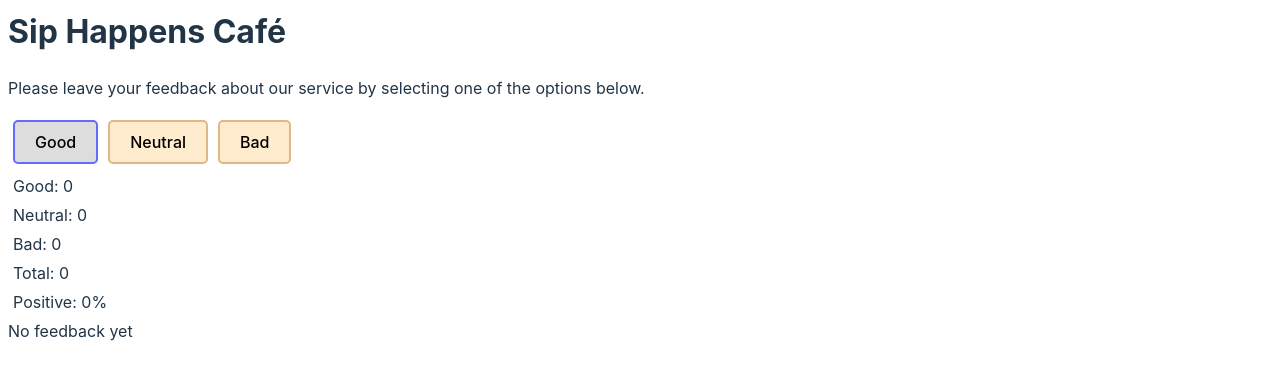
Repository: Evgeniya-Tishakova/goit-react-hw-02
Page: /
These files come from the project's save history. The page is drawn as it stood at one moment and after the next save; the edit follows.
The browser window is 1280 px wide. The pictures show the whole page.
The pointer rests on the first visible `button`.
The project was rebuilt for these pictures with package versions that can differ from the ones it lists, and the page was loaded fresh each time. Also part of the build but not shown: vite.config.js.

Above is the page before, as saved 2025-02-28 16:31:29.

After the next save:
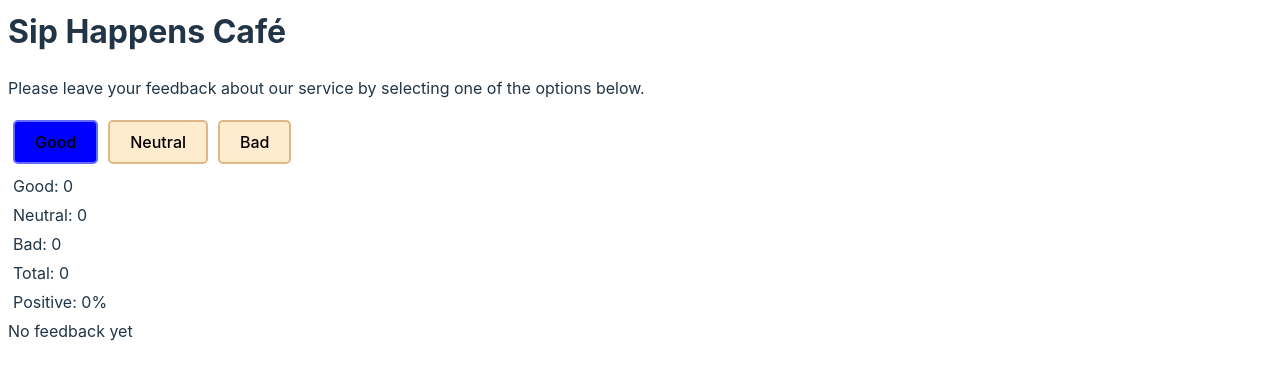
Saved 27 s later.
--- a/src/components/Options/Options.module.css
+++ b/src/components/Options/Options.module.css
@@ -8,7 +8,7 @@
 }
 
 button:hover {
-    background-color: #ddd;
+    background-color: blue;
 }
 
 button:active {
